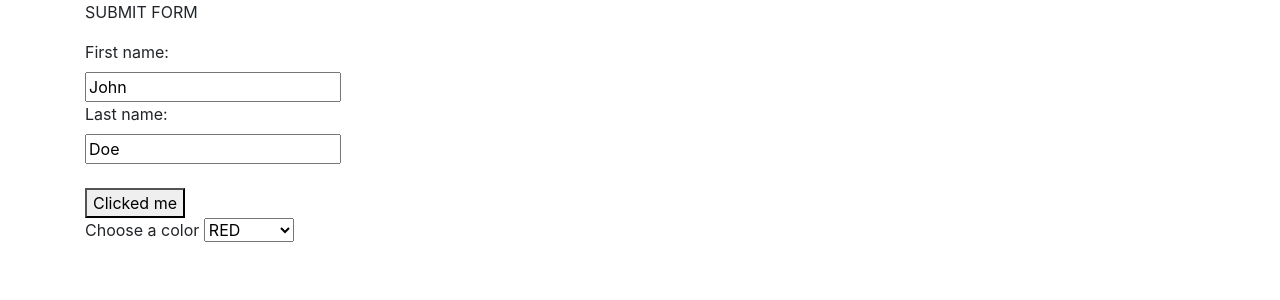
Repository: rizacantire/javascript
Page: Odev2/index.html
An editor plug-in stored every save of this project. The page is shown before and after the next save, followed by the edit.
The browser window is 1280 px wide. The pictures show the whole page.

Above is the page before, as saved 2021-12-10 10:59:06.

### Odev2/index.html
<!DOCTYPE html>
<html lang="en">
<head>
    <meta charset="UTF-8">
    <meta http-equiv="X-UA-Compatible" content="IE=edge">
    <meta name="viewport" content="width=device-width, initial-scale=1.0">
    <title>Document</title>
    <link
      rel="stylesheet"
      href="https://cdn.jsdelivr.net/npm/bootstrap@4.6.0/dist/css/bootstrap.min.css"
      integrity="sha384-B0vP5xmATw1+K9KRQjQERJvTumQW0nPEzvF6L/Z6nronJ3oUOFUFpCjEUQouq2+l"
      crossorigin="anonymous"
    />
    <script src="js/style.js"></script>
</head>
<body>
    <div class="container">
        <div><p id="text">SUBMIT FORM </p> </div>
          <form action="/action_page.php" class="inputText">
            <label for="fname" id="l1">First name:</label><br>
            <input type="text" id="fname" name="fname" value="John" > <br>
            <label for="lname" id="l2">Last name:</label><br>
            <input type="text" id="lname" name="lname" value="Doe" id="label2"><br><br>
          </form>
          <button type="button" id="button" >Clicked me </button>
          <form action="#" id="selectColor">
            <label for="color">Choose a color</label>
              <select name="colors" id="select">
              <option value="red">RED</option>
              <option value="blue">BLUE</option>
              <option value="purple">PURPLE</option>
              <option value="orange">ORANGE</option>
              <option value="pink">PINK</option>
            </select>
          <br><br>
          </form>
        </div>
      </div>
</body>
</html>

Loaded but not shown: Odev2/js/style.js (no stored copy; drawn as an empty file)

After the next save:
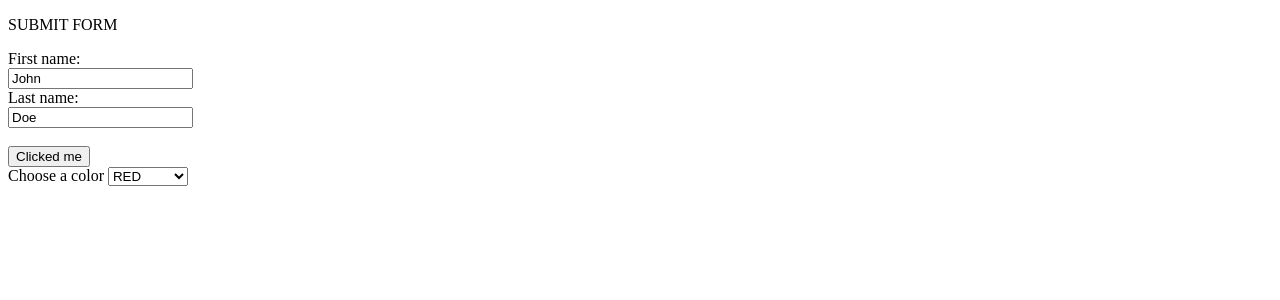
Saved 10 s later.
--- a/Odev2/index.html
+++ b/Odev2/index.html
@@ -5,12 +5,7 @@
     <meta http-equiv="X-UA-Compatible" content="IE=edge">
     <meta name="viewport" content="width=device-width, initial-scale=1.0">
     <title>Document</title>
-    <link
-      rel="stylesheet"
-      href="https://cdn.jsdelivr.net/npm/bootstrap@4.6.0/dist/css/bootstrap.min.css"
-      integrity="sha384-B0vP5xmATw1+K9KRQjQERJvTumQW0nPEzvF6L/Z6nronJ3oUOFUFpCjEUQouq2+l"
-      crossorigin="anonymous"
-    />
+
     <script src="js/style.js"></script>
 </head>
 <body>
